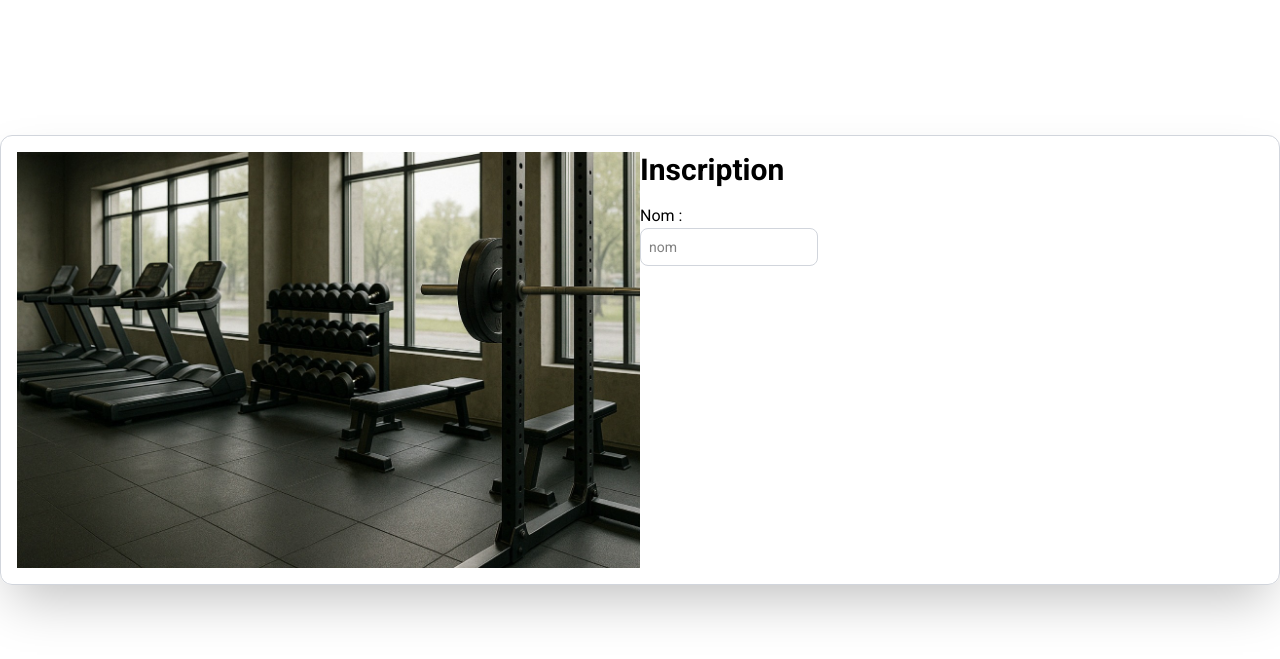
Repository: fahchouchsm/clubSportifWeb
Page: src/pages/inscription.html
The author's editor kept a copy of each file at every save. The page is drawn from the files as they stood at one save, then again after the next save.
The browser window is 1280 px wide. The pictures show the whole page.

Above is the page before, as saved 2025-04-16 18:22:32.

After the next save:
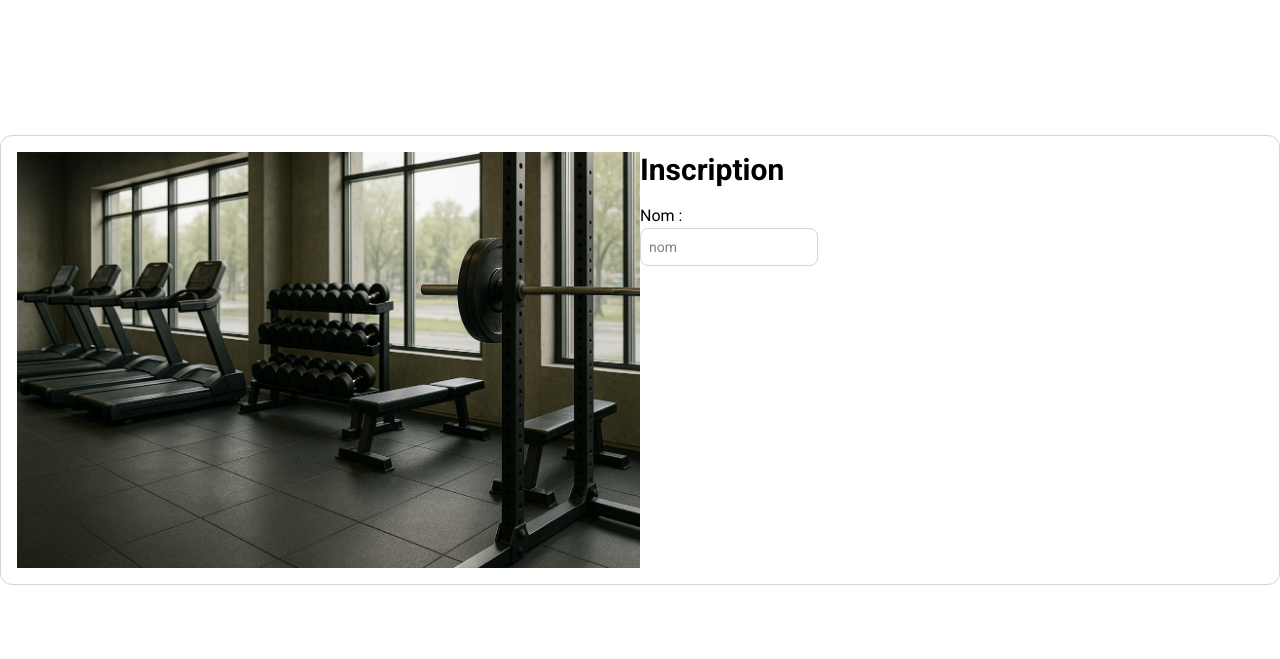
Saved 7 s later.
--- a/src/pages/inscription.html
+++ b/src/pages/inscription.html
@@ -10,7 +10,7 @@
   <body>
     <div class="flex h-screen w-screen items-center justify-center bg-gray-200">
       <main
-        class="mx-auto flex gap-10 rounded-xl border border-gray-300 p-4 shadow-2xl"
+        class="shadow-4xl mx-auto flex gap-10 rounded-xl border border-gray-300 p-4"
       >
         <img
           src="../../public/imgs/salleInterieur.jpeg"

After the save that followed:
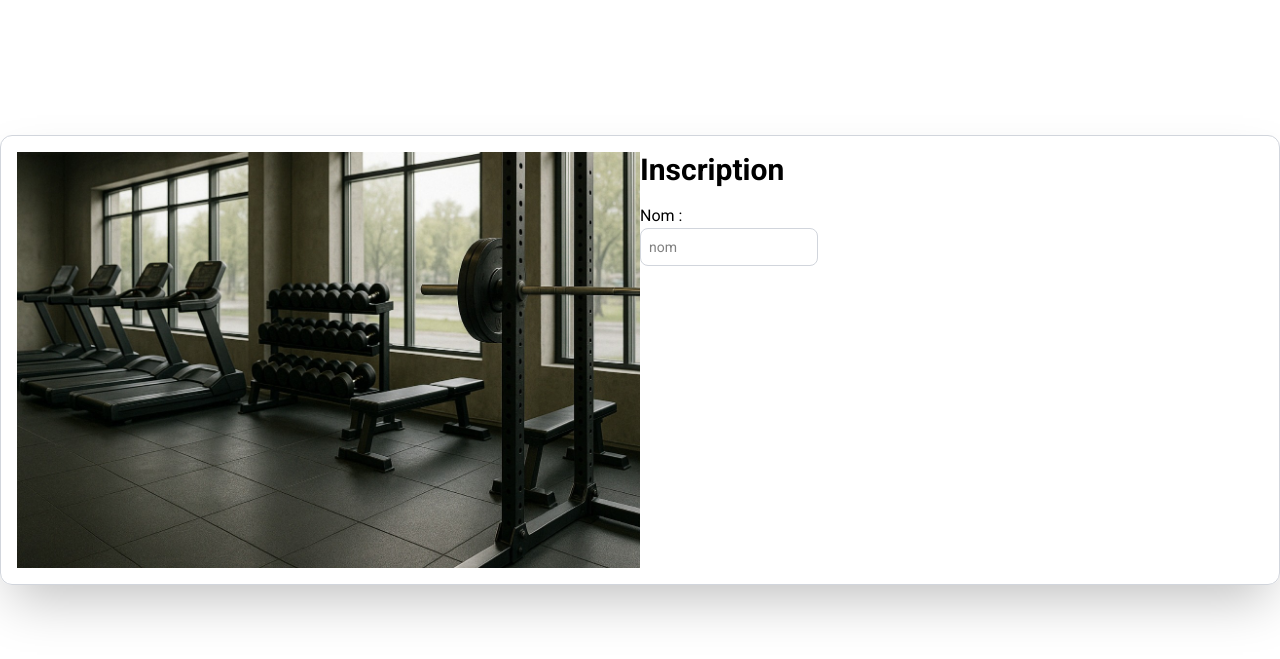
Saved 17 s later.
--- a/src/pages/inscription.html
+++ b/src/pages/inscription.html
@@ -10,7 +10,7 @@
   <body>
     <div class="flex h-screen w-screen items-center justify-center bg-gray-200">
       <main
-        class="shadow-4xl mx-auto flex gap-10 rounded-xl border border-gray-300 p-4"
+        class="mx-auto flex gap-10 rounded-xl border border-gray-300 p-4 shadow-2xl"
       >
         <img
           src="../../public/imgs/salleInterieur.jpeg"
